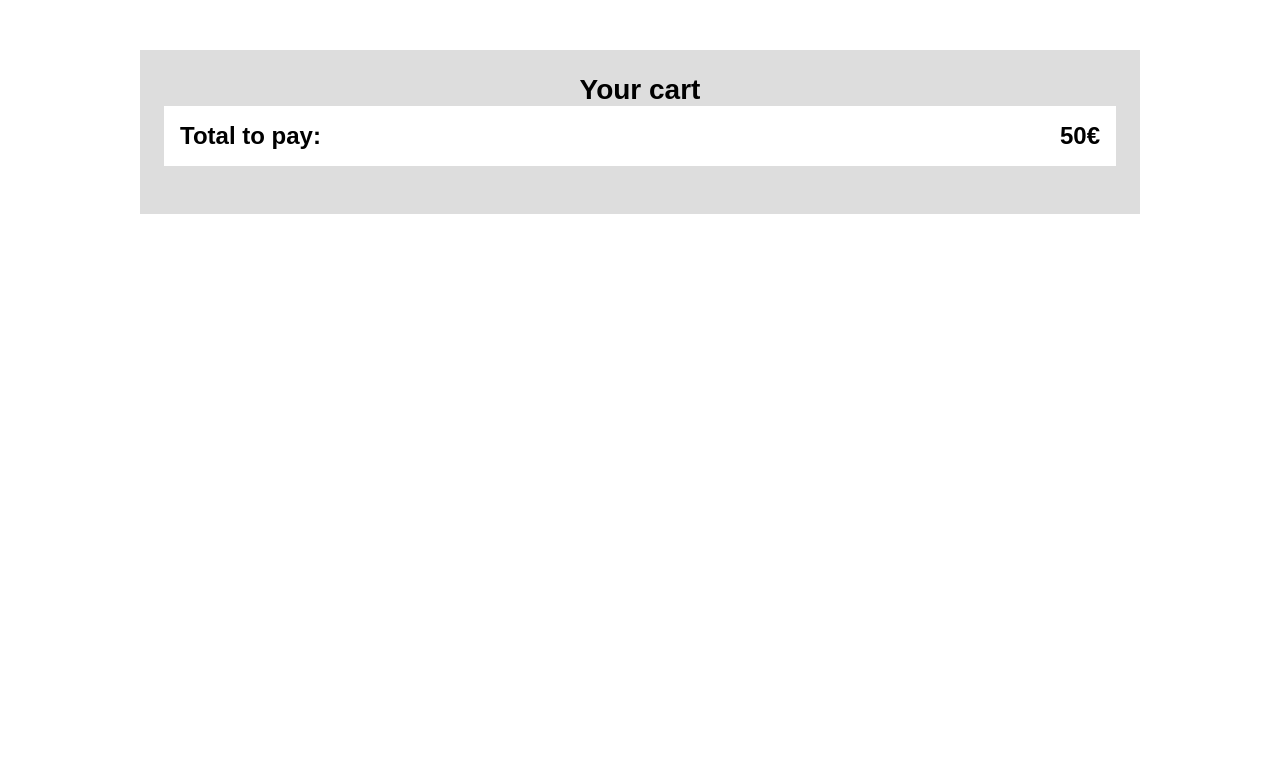
Repository: kcvijay/cart-discoutcodes
Page: /
These files come from the project's save history. The page is drawn as it stood at one moment and after the next save; the edit follows.
The browser window is 1280 px wide. The pictures show the whole page.
The project was rebuilt for these pictures with package versions that can differ from the ones it lists, and the page was loaded fresh each time.

Above is the page before, as saved 2023-05-17 11:26:18.

### public/index.html
<!DOCTYPE html>
<html lang="en">
  <head>
    <meta charset="utf-8" />
    <link rel="icon" href="%PUBLIC_URL%/favicon.ico" />
    <meta name="viewport" content="width=device-width, initial-scale=1" />
    <meta name="theme-color" content="#000000" />
    <meta
      name="description"
      content="Discount Codes searching, fetching and enabling for the cart system."
    />
    <link rel="apple-touch-icon" href="%PUBLIC_URL%/logo192.png" />
    <link rel="manifest" href="%PUBLIC_URL%/manifest.json" />
    <title>Discount Codes for Cart</title>
  </head>
  <body>
    <noscript>You need to enable JavaScript to run this app.</noscript>
    <div id="root"></div>

  </body>
</html>

### src/index.css
* {
  margin: 0;
  padding: 0;
  box-sizing: border-box;
  scroll-behavior: smooth;
}

body {
  max-width: 100vw;
  min-height: 100vh;
  font-family: Arial, Helvetica, sans-serif;
}

.main-wrapper {
  max-width: 1000px;
  min-height: auto;
  background-color: #ddd;
  margin: 50px auto;
  padding: 1.5rem;
}

.content-header {
  font-size: 1.75rem;
}

.detail-block {
  display: flex;
  justify-content: space-between;
  padding: 1rem;
  background: #fff;
  margin-bottom: 1.5rem;
}

### src/App.tsx
import React from "react";
import "./App.css";
import CartInput from "./CartInput";

function App() {
  return (
    <div className="App">
      <CartInput />
    </div>
  );
}

export default App;

### src/CartInput.tsx
import React from "react";

const CartInput = () => {
  return (
    <div className="main-wrapper">
      <h2 className="content-header">Your cart</h2>
      <div className="detail-block">
        <h2>Total to pay:</h2>
        <h2>{"50€"}</h2>
      </div>
    </div>
  );
};

export default CartInput;

Loaded but not shown: src/index.tsx (common file); src/reportWebVitals.ts (common file); src/App.css (common file)

After the next save:
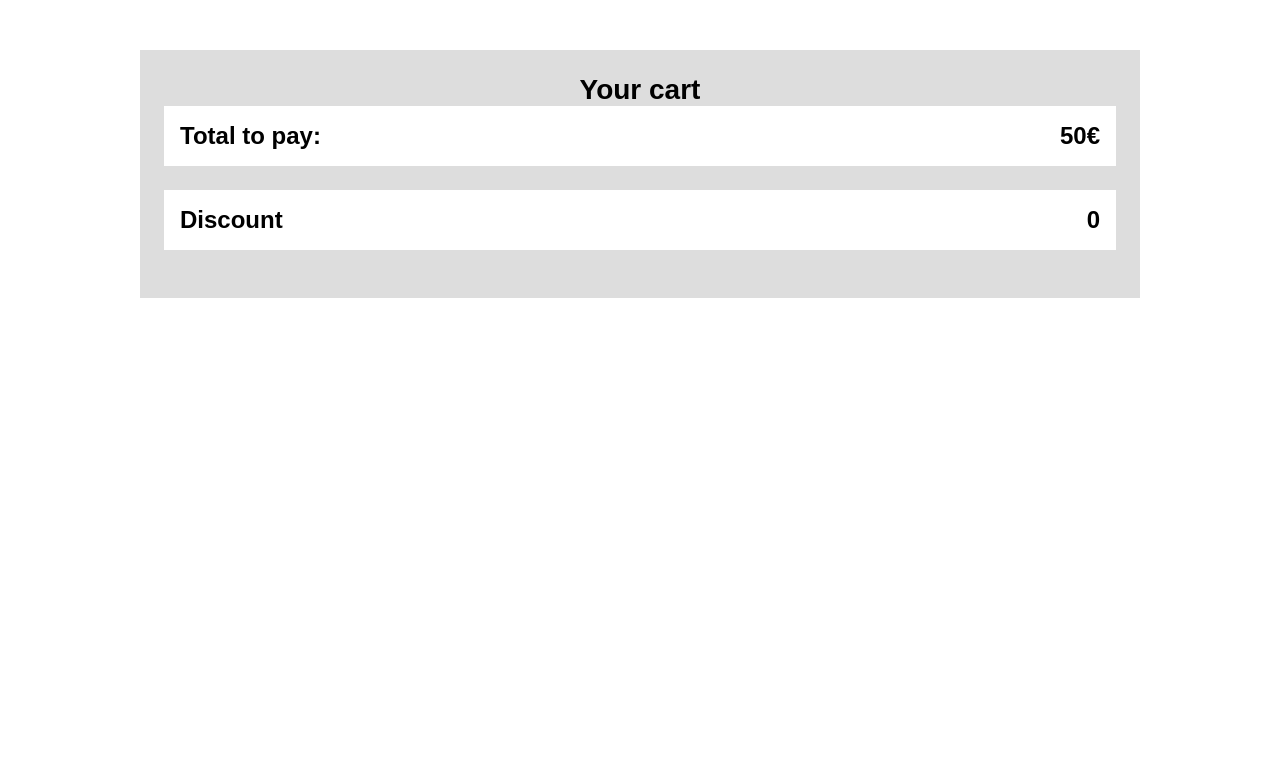
Saved 30 s later.
--- a/src/CartInput.tsx
+++ b/src/CartInput.tsx
@@ -8,6 +8,10 @@ const CartInput = () => {
         <h2>Total to pay:</h2>
         <h2>{"50€"}</h2>
       </div>
+      <div className="detail-block">
+        <h2>Discount</h2>
+        <h2>{"0"}</h2>
+      </div>
     </div>
   );
 };
